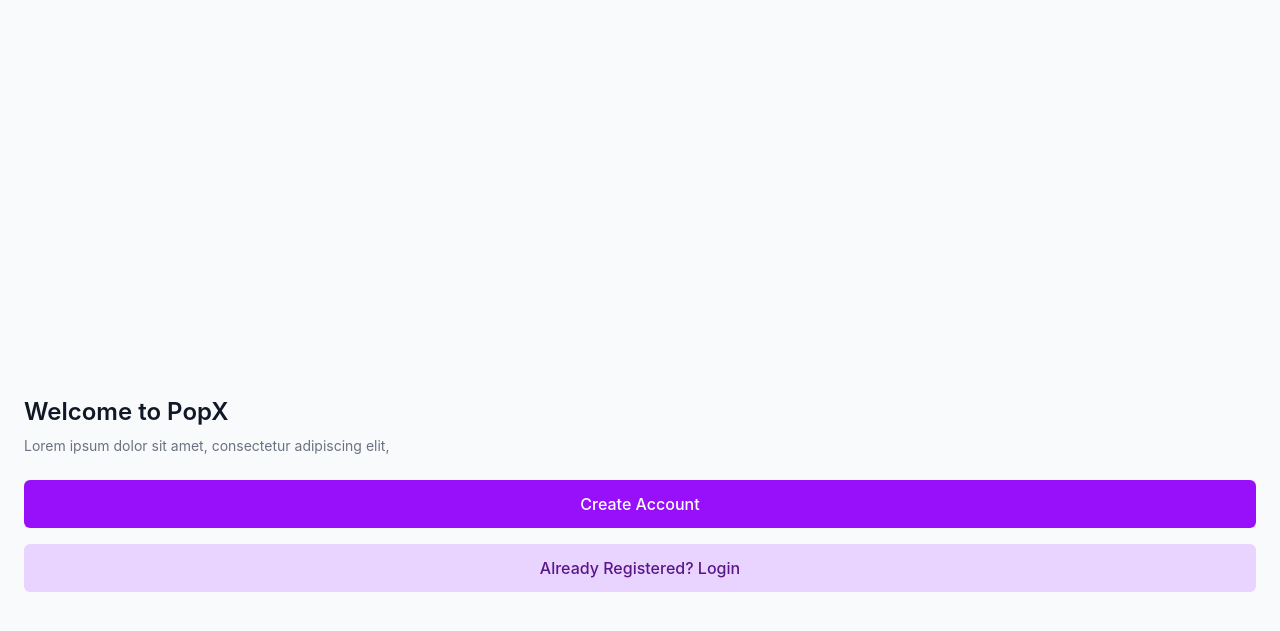
Repository: tanayburbure/inter
Page: /
An editor plug-in stored every save of this project. The page is shown before and after the next save, followed by the edit.
The browser window is 1280 px wide. The pictures show the whole page.
The project was rebuilt for these pictures with package versions that can differ from the ones it lists, and the page was loaded fresh each time. Also part of the build but not shown: vite.config.js, src/pages/Login.jsx, src/pages/Signup.jsx, src/pages/Account.jsx.

Above is the page before, as saved 2025-06-17 22:16:58.

### src/index.css
@import "tailwindcss";

body {
  font-family: 'Inter', sans-serif;
}

### src/App.jsx
import React from "react";
import { BrowserRouter as Router, Routes, Route, useLocation, useNavigate } from "react-router-dom";
import Welcome from "./pages/Welcome";
import Login from "./pages/Login";
import Signup from "./pages/Signup";
import Account from "./pages/Account";

function BackButton() {
  const location = useLocation();
  const navigate = useNavigate();

  // Hide the button only on the Welcome page
  if (location.pathname === "/") return null;

  return (
    <button
      onClick={() => navigate(-1)}
      className="absolute top-4 left-4 px-4 py-2 bg-white border border-gray-300 rounded shadow text-sm hover:bg-gray-50"
    >
      ← Back
    </button>
  );
}

export default function App() {
  return (
    <Router>
      <div className="relative min-h-screen bg-gray-100 text-gray-900">
        <BackButton />
        <Routes>
          <Route path="/" element={<Welcome />} />
          <Route path="/login" element={<Login />} />
          <Route path="/signup" element={<Signup />} />
          <Route path="/account" element={<Account />} />
        </Routes>
      </div>
    </Router>
  );
}

### src/pages/Welcome.jsx
import { useNavigate } from 'react-router-dom';

export default function Welcome() {
  const navigate = useNavigate();

  return (
    <div className="min-h-screen flex flex-col justify-end px-6 py-12 bg-gray-50">
      <div className="mb-20">
        <h1 className="text-2xl font-semibold text-gray-900 mb-2">Welcome to PopX</h1>
        <p className="text-sm text-gray-500 mb-6">
          Lorem ipsum dolor sit amet, consectetur adipiscing elit,
        </p>
        <button
          onClick={() => navigate('/signup')}
          className="w-full bg-purple-600 text-white py-3 rounded-md font-medium mb-4"
        >
          Create Account
        </button>
        <button
          onClick={() => navigate('/login')}
          className="w-full bg-purple-200 text-purple-900 py-3 rounded-md font-medium"
        >
          Already Registered? Login
        </button>
      </div>
    </div>
  );
}

Loaded but not shown: index.html (common file); src/main.jsx (common file)

After the next save:
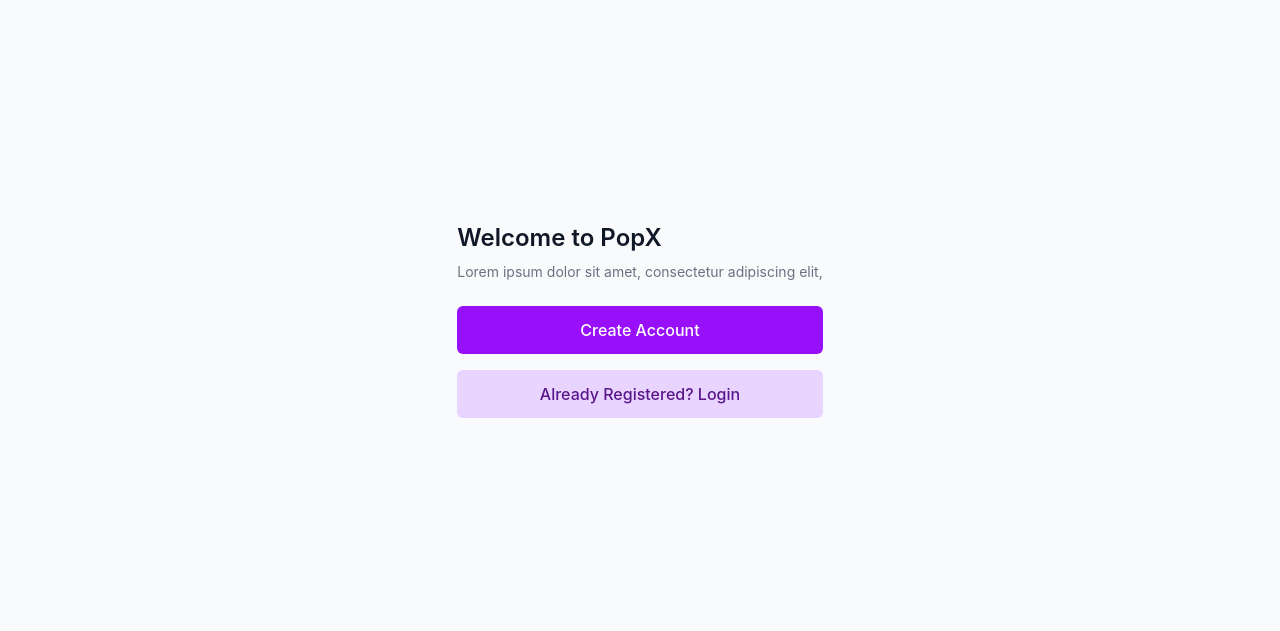
Saved 46 s later.
--- a/src/pages/Welcome.jsx
+++ b/src/pages/Welcome.jsx
@@ -4,7 +4,7 @@
   const navigate = useNavigate();
 
   return (
-    <div className="min-h-screen flex flex-col justify-end px-6 py-12 bg-gray-50">
+    <div className="min-h-screen lg:flex lg:items-center lg:justify-center flex flex-col justify-end px-6 py-12 bg-gray-50">
       <div className="mb-20">
         <h1 className="text-2xl font-semibold text-gray-900 mb-2">Welcome to PopX</h1>
         <p className="text-sm text-gray-500 mb-6">
